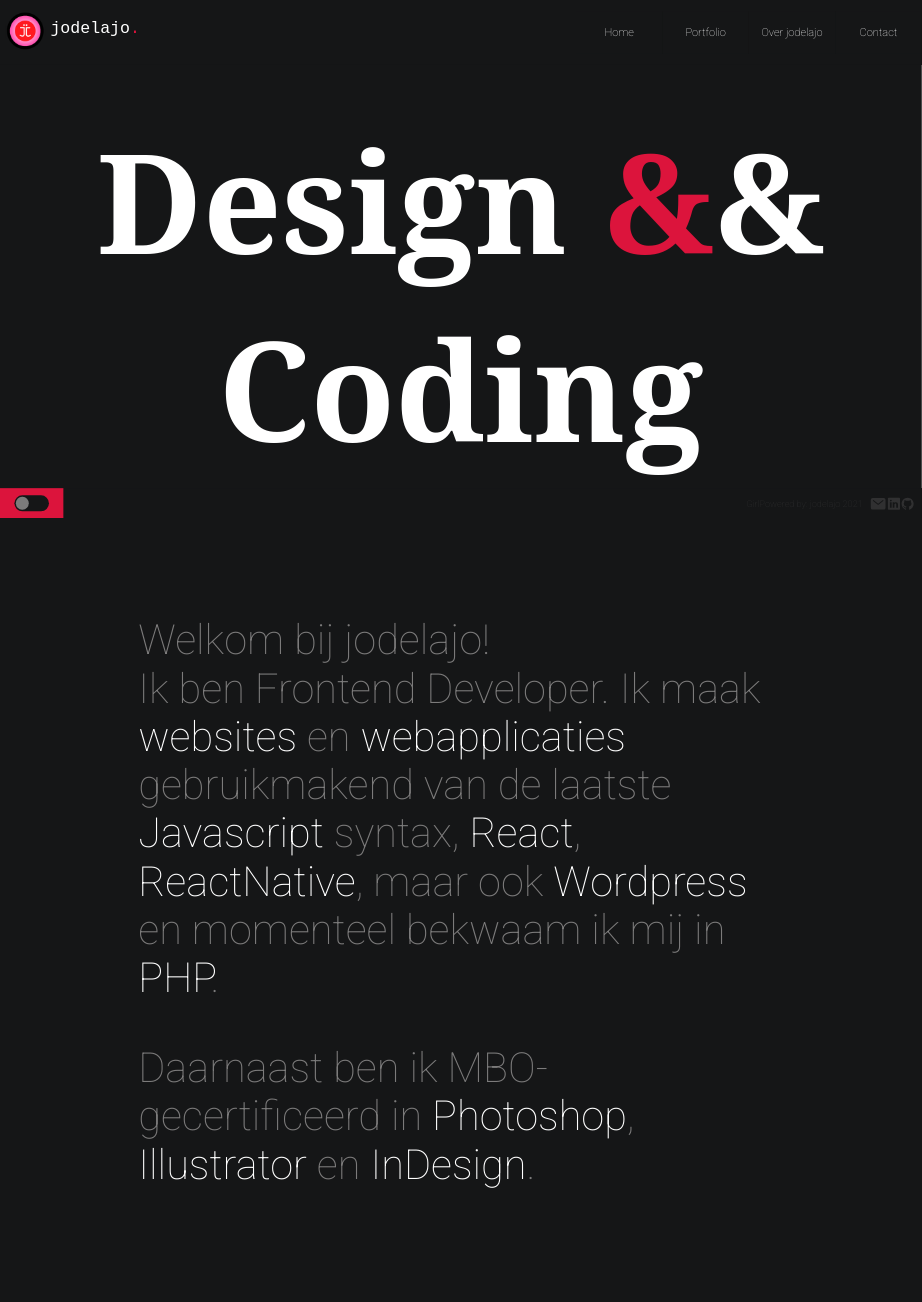
Repository: jodelajo/react-jodelajo
Page: /home
These files come from the project's save history. The page is drawn as it stood at one moment and after the next save; the edit follows.
The browser window is 1280 px wide. The pictures show the whole page, at 72% of full size.
The project was rebuilt for these pictures with package versions that can differ from the ones it lists, and the page was loaded fresh each time. Also part of the build but not shown: src/pages/landing/Landing.module.css, src/components/neon/Neon.js, src/components/landingButton/LandingButton.js, src/pages/landing/Landing.js, src/pages/portfolioScreen/PortfolioScreen.module.css, src/pages/portfolioScreen/PortfolioScreen.js, src/pages/singlePortfolio/SinglePortfolio.module.css, src/components/characteristics/Characteristics.js and 5 more.

Above is the page before, as saved 2021-11-12 18:58:27.

After the next save:
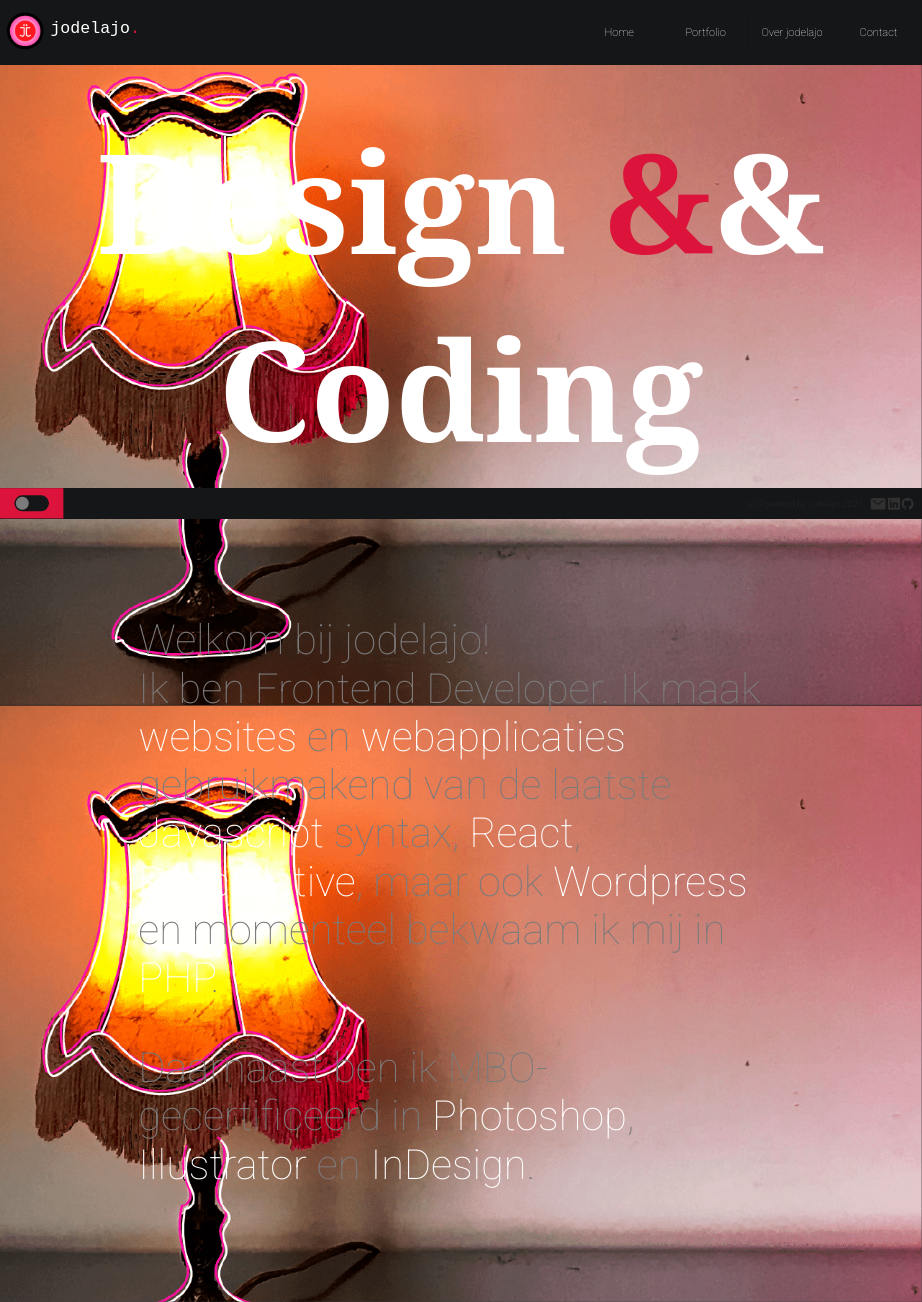
Saved 8 min 24 s later.
--- a/src/pages/home/Home.module.css
+++ b/src/pages/home/Home.module.css
@@ -8,6 +8,7 @@
   flex-grow: 1;
   min-height: 100%;
   text-align: center;
+  background-image: url('../../assets/images/bg_21.png');
 }
 
 .and {

After the save that followed:
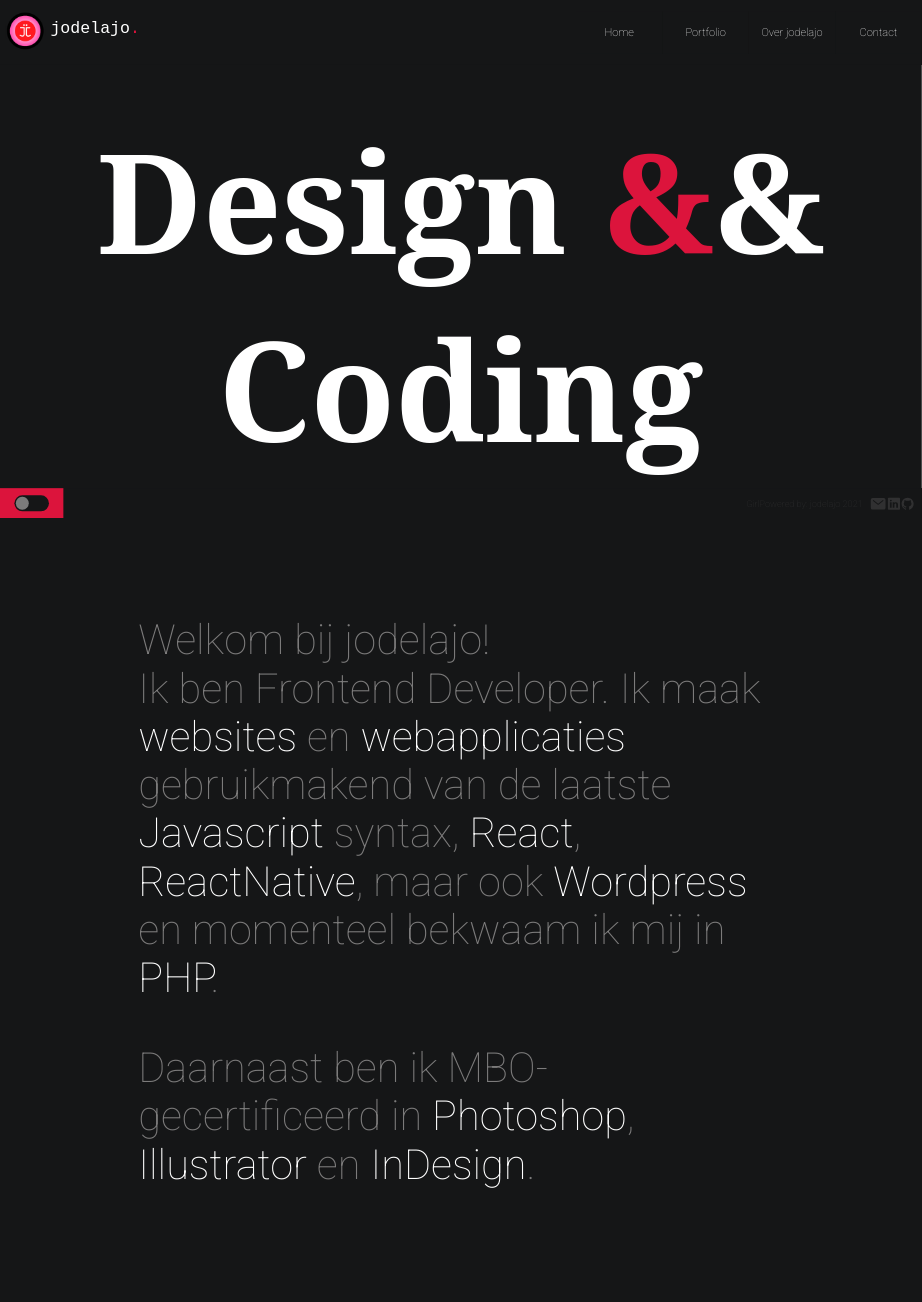
Saved 97 s later.
--- a/src/pages/home/Home.module.css
+++ b/src/pages/home/Home.module.css
@@ -8,7 +8,8 @@
   flex-grow: 1;
   min-height: 100%;
   text-align: center;
-  background-image: url('../../assets/images/bg_21.png');
+  background-image: url('../../assets/images/bg_21.png') #151617d0;
+  background-blend-mode: multiply;
 }
 
 .and {
